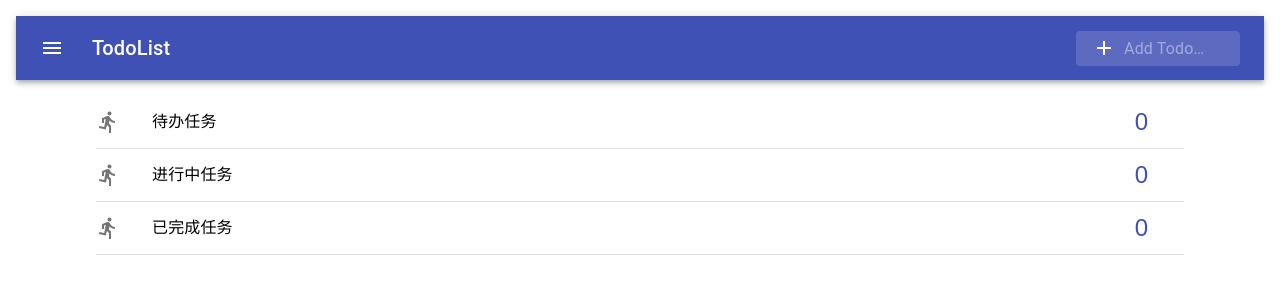
Repository: harperl71/TodoList
Page: /
The author's editor kept a copy of each file at every save. The page is drawn from the files as they stood at one save, then again after the next save.
The browser window is 1280 px wide. The pictures show the whole page.
The project was rebuilt for these pictures with package versions that can differ from the ones it lists, and the page was loaded fresh each time. Also part of the build but not shown: src/components/content/task-item/index.tsx.

Above is the page before, as saved 2021-05-21 09:13:21.

After the next save:
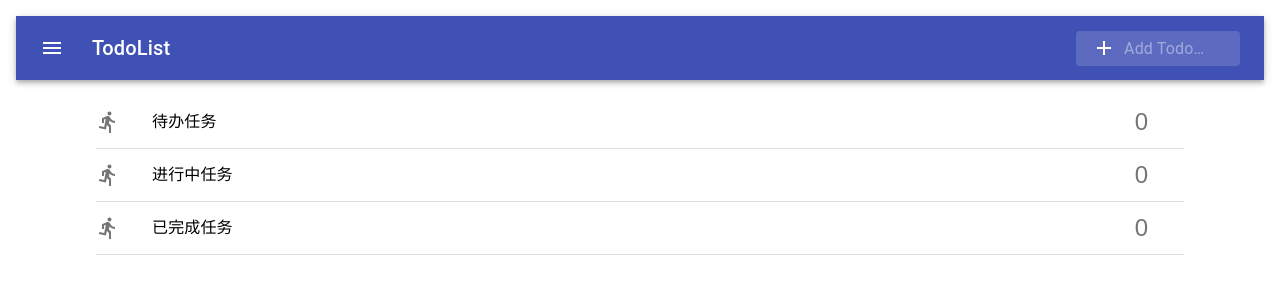
Saved 27 s later.
--- a/src/components/content/task-list/index.tsx
+++ b/src/components/content/task-list/index.tsx
@@ -58,7 +58,7 @@ const TaskList = ({ title, status }: Iprops) => {
             <ListItemText primary={title} />
             <IconButton
               className={classes.listnum}
-              color="primary"
+              //color="primary"
               aria-label="list-num"
             >
               {
